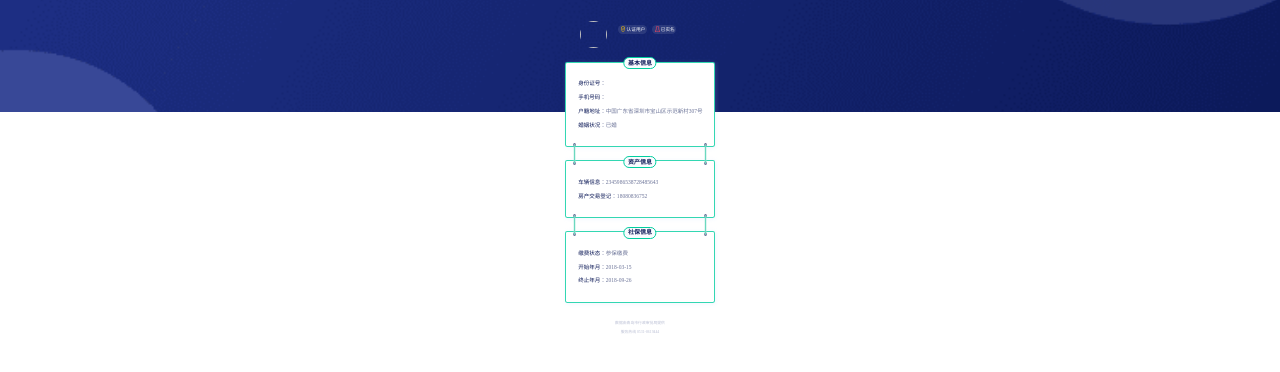
Repository: zlpstart/qingdao-new
Page: /Record
These files come from the project's save history. The page is drawn as it stood at one moment and after the next save; the edit follows.
The browser window is 1280 px wide. The pictures show the whole page.
The page's requests for data from a server got no answer. Some web fonts or font styles are not loaded; a fallback is used. The project was rebuilt for these pictures with package versions that can differ from the ones it lists, and the page was loaded fresh each time. No one was signed in, and anything a server would have sent is missing. Also part of the build but not shown: src/components/MySpace.vue, src/components/Home.vue, src/components/Enterprise.vue, src/components/Opinion.vue, src/components/Opinion2.vue, src/components/Car.vue, src/components/House.vue, src/components/License.vue and 5 more.

Above is the page before, as saved 2019-08-27 10:48:32.

### public/index.html
<!DOCTYPE html>
<html lang="en">
  <head>
    <meta charset="utf-8">
    <meta http-equiv="X-UA-Compatible" content="IE=edge">
    <meta name="viewport" content="width=device-width,initial-scale=1.0">
    <link rel="icon" href="<%= BASE_URL %>favicon.ico">
    <title></title>
  </head>
  <body>
    <noscript>
      <strong>We're sorry but zlp doesn't work properly without JavaScript enabled. Please enable it to continue.</strong>
    </noscript>
    <div id="app"></div>
    <!-- built files will be auto injected -->
  </body>
</html>

### src/main.js
import Vue from 'vue'
import './plugins/axios'
import App from './App.vue'
import 'lib-flexible'
import router from './router'
import axios from 'axios'


//vuex
import vuex from 'vuex'
Vue.use(vuex)



import 'babel-polyfill'
import Es6Promise from 'es6-promise'
import store from './store'
require('es6-promise').polyfill()
Es6Promise.polyfill()

Vue.config.productionTip = false
Vue.prototype.$ajax = axios


// import VueWechatTitle from 'vue-wechat-title'
// Vue.use(VueWechatTitle)


// 根据路由设置标题
router.beforeEach((to, from, next) => {
  /*路由发生改变修改页面的title */
  if(to.meta.title) {
    document.title = to.meta.title
  }
  next();
})


new Vue({
  router,
  store,
  render: h => h(App)
}).$mount('#app')

### src/App.vue
<template>
  <div id="app">
    <router-view></router-view>
  </div>
</template>

<script>
export default {
  data(){
    return {

    }
  },
}
</script>


<style>
* {
  padding: 0;
  margin:0;
}
  @font-face {
    font-family:'avenir';
    src:url('./assets/NotoSansHans-Medium.otf')
  }
  h1,h2,h3,h4,h5,h6,span,b,i,li,p {
    font-family: avenir
  }
</style>

### src/router.js
import Vue from 'vue'
import Router from 'vue-router'
import MySpace from './components/MySpace'
import Home from './components/Home'
import Enterprise from './components/Enterprise'
import Opinion from './components/Opinion'
import Opinion2 from './components/Opinion2'
import Record from './components/Record'
import Car from './components/Car'
import House from './components/House'
import License from './components/License'
import License2 from './components/License2'
import Footprint from './components/Footprint'
import Record2 from './components/Record2'
import Footprint2 from './components/Footprint2'
import NotFound from './components/NotFound'


Vue.use(Router)

export default new Router({
  mode: 'history',
  routes: [
    {
      path: '/',
      name: 'MySpace',
      component:MySpace,
      meta:{title:'青岛政务通'}
    },
    {
      path: '/Home',
      name: 'Home',
      component:Home,
      meta:{title:'导航栏'}
    },
    {
      path: '/Opinion',
      name: 'Opinion',
      component:Opinion,
      meta:{title:'意见反馈'}
    },
    {
      path: '/Enterprise',
      name: 'Enterprise',
      component:Enterprise,
      meta:{title:'企业空间'}
    },
    {
      path: '/Opinion2',
      name: 'Opinion2',
      component:Opinion2,
      meta:{title:'企业意见反馈'}
    },
    {
      path: '/Record',
      name: 'Record',
      component:Record,
      meta:{title:'我的档案'}
    },
    {
      path: '/Car',
      name: 'Car',
      component:Car,
      meta:{title:'车辆登记信息'}
    },
    {
      path: '/House',
      name: 'House',
      component:House,
      meta:{title:'房屋登记信息'}
    },
    {
      path: '/License',
      name: 'License',
      component:License,
      meta:{title:'我的证照'}
    },
    {
      path: '/Footprint',
      name: 'Footprint',
      component:Footprint,
      meta:{title:'我的足迹'}
    },
    {
      path: '/Record2',
      name: 'Record2',
      component:Record2,
      meta:{title:'企业档案'}
    },
    {
      path: '/Footprint2',
      name: 'Footprint2',
      component:Footprint2,
      meta:{title:'企业足迹'}
    },
    {
      path: '/License2',
      name: 'License2',
      component:License2,
      meta:{title:'企业证照'}
    },
    { /* 404必须是最后一个路由 */
      name: '404',
      path: '*',
      meta: {
          title: '找不到页面'
      },
      component: NotFound
  }
  ]
})

### src/store/index.js
import Vue from 'vue'
import Vuex from 'vuex'
import user from './modules/user'

Vue.use(Vuex)

export default new Vuex.Store({
    modules:{
        user
    }
})

### src/components/Record.vue
<template>
    <div>
        <div class="Record">
            <TopBar></TopBar>
            <div class="header">
                <div class="header_wrap">
                    <div class="header_left">
                        <img :src="allUser.imgAddr">
                    </div>
                    <div class="header_right">
                        <div class="header_right_p">
                            <p>{{allUser.realName}}</p>
                        </div>
                        <div class="header_right_span">
                            <span>
                                <img src="../assets/认证.png" alt="">
                                认证用户
                            </span>
                            <span>
                                <img src="../assets/实名.png" alt="">
                                已实名
                            </span>
                        </div>
                    </div>
                </div>
            </div>
            <div class="Record_content_box">
                <div class="legal_content">
                    <div class="legal_title">
                        <h1>基本信息</h1>
                    </div>
                    <ul>
                        <li><b>身份证号：</b>{{allUser.idCode}}</li>
                        <li><b>手机号码：</b>{{allUser.mobile}}</li>
                        <li><b>户籍地址：</b>中国广东省深圳市宝山区示范新村307号</li>
                        <li><b>婚姻状况：</b>已婚</li>
                    </ul>
                </div>
                <div class="legal_content">
                    <div class="decorate">
                        <div class="decorate_left"></div>
                        <div class="decorate_right"></div>
                    </div>
                    <div class="legal_title">
                        <h1>资产信息</h1>
                    </div>
                    <ul>
                        <li><b>车辆信息：</b>2345986538728485643</li>
                        <li><b>房产交易登记：</b>18080836752</li>
                    </ul>
                </div>
                <div class="legal_content">
                    <div class="decorate">
                        <div class="decorate_left"></div>
                        <div class="decorate_right"></div>
                    </div>
                    <div class="legal_title">
                        <h1>社保信息</h1>
                    </div>
                    <ul>
                        <li><b>缴费状态：</b>参保缴费</li>
                        <li><b>开始年月：</b>2018-03-15</li>
                        <li><b>终止年月：</b>2018-09-26</li>
                    </ul>
                </div>
                <div class="kong"></div>
                <div class="bottom">
                    <span></span>
                    <p>数据由青岛市行政审批局提供</p>
                    <span></span>
                    <p>服务热线 0531-8619444</p>
            </div>
            </div>
        </div>
    </div>



</template>

<script>
import TopBar from './TopBar'
import {mapGetters,mapActions} from 'vuex'

export default {
    name:"Record",
    data(){
        return {

        }
    },
    components:{
        TopBar
    },
    methods:{
        to(){
            this.$router.go(0)
        },
        ...mapActions(["getUsers"]),
    },
    created(){
        this.getUsers()
    },
    computed:{
        ...mapGetters(["allUser"]),
    },
}
</script>

<style scoped>
* {
    padding: 0;
    margin: 0;
}
ul {
    list-style: none;
}
a {
    text-decoration: none;
}
body {
    background: #F7FAFF;
}
.logo {
    width: 100%;
    height: 0.3733rem;
    position: absolute;
    top: 1.0133rem;
}
.logo_left p {
    float: left;
}
.logo_left p:nth-child(1){
    margin-left: 0.3867rem;
}
.logo_left p:nth-child(2){
    margin-left: 0.32rem;
}
.logo_left img {
    width: 0.4rem;
    height: 0.4rem;
}
.logo a {
    color: white;
}
.logo_title {
    width: 4.6333rem;
    margin: 0 auto;
    text-align: center;
}
.logo_title p {
    font-size:0.4rem;
    font-weight:500;
    color:rgba(255,255,255,1);
}
.header {
    width: 100%;
    height: 1.7067rem;
    position: absolute;
    top: 1.32rem;
}
.header_wrap {
    width: 7.48rem;
    margin: 0 auto;
    padding: 0 0.72rem;
}
.header_left {
    width:1.7067rem;
    height:1.7067rem;
    float: left;
    border-radius: 1.7067rem;
    overflow: hidden;
}
.header_left img {
    width:1.7067rem;
    height:1.7067rem;
    background-size: 100%;
    overflow: hidden;
}
.header_right {
    width: 2.9rem;
    height:1.3333rem;
    float: left;
    margin-left: 0.64rem;
}
.header_right_p p {
    font-size:0.4267rem;
    font-weight:500;
    color:rgba(255,255,255,1);
}
.header_right_span {
    width: 5.2667rem;
    margin-top: 0.2267rem;
    height: 0.5867rem;
}
.header_right_span img {
    width: 0.2933rem;
    height: 0.3333rem;
    margin-left: 0.0933rem;
}
.header_right_span span {
    padding: 0.0933rem 0.0933rem 0.0933rem 0.0933rem;
    border-radius:0.32rem;
    background:rgba(255,255,255,0.1);
    float: left;
    margin-left: 0.32rem;
    font-size:0.2933rem;
    font-weight:500;
    color:rgba(255,255,255,1);
}
.header_right_span span:nth-child(1){
    margin-left: 0;
}
  .legal_content li b{
    font-size:0.3467rem;
    font-weight:400;
    color:#0B1856;
  }
  .legal_content li {
    font-size:0.3467rem;
    font-weight:400;
    margin-top: 0.3733rem;
    color:rgba(11,24,86,1);
  }
  .legal_content li:nth-child(1){
    margin-top: 0;
  }
  .decorate {
    width: 8.4267rem;
    padding: 0 0.4267rem;
    position: absolute;
    top: -1.16rem;
    left: 0;
  }
  .decorate img {
    width: 100%;
    height: 100%
  }
  .decorate_left {
    width: 0.24rem;
    background: url("../assets/连接.png")no-repeat center center;
    background-size: 100%;
    height: 1.36rem;
    float: left;
  }
  .decorate_right {
    width: 0.24rem;
    background: url("../assets/连接.png")no-repeat center center;
    height: 1.36rem;
    background-size: 100%;
    float: right;
  }
  .legal_content:nth-child(1).decorate{
    display: none;
  }
    .legal_content {
    width:8.5067rem;
    background:rgba(255,255,255,1);
    box-shadow:0.0533rem 0.0533rem 0.2667rem 0rem rgba(173,206,255,0.2);
    border-radius:0.1333rem;
    border:0.0133rem solid rgba(0,206,159,0.8);
    margin: 0 auto;
    margin-top: 0.8267rem;
    position: relative;
    padding: 1.0133rem 0 1.0933rem 0.7733rem;
  }
  .legal_title {
    padding: 0.1033rem 0.2333rem;
    height:0.42rem;
    background:rgba(250,252,255,1);
    border-radius:0.36rem;
    border:0.0267rem solid rgba(0,206,159,1);
    margin: 0 auto;
    line-height: 0.42rem;
    text-align: center;
    position: absolute;
    top: 0.3867rem;
    left: 50%;
    margin-top: -0.36rem;
    transform: translate(-50%, -50%);
  }
  .legal_title h1 {
    font-size:0.3733rem;
    font-family:PingFangSC-Medium;
    color:rgba(11,24,86,1);
  }
  .Record_content_box {
      width: 100%;
      position: absolute;
      top: 3.0267rem;
      left: 50%;
      transform: translate(-50%);
  }
  .kong {
      width: 100%;
      height: 1rem;
  }
  .bottom {
    width: 100%;
    height: 1.3333rem;
    line-height: 0.5667rem;
    text-align: center;
}
.bottom p {
    font-size:0.24rem;
    font-weight:400;
    color:#BABFD4;
}
.legal_content ul li {
    font-size:0.3467rem;
    font-weight:400;
    color:#6C7498;
}
.legal_content ul li b {
    font-size:0.3467rem;
    font-weight:400;
    color:rgba(11,24,86,1);
}
</style>

### src/store/modules/user.js
import axios from 'axios'

const state ={
    user:[],
    code:"",
    boy:require("../../assets/boy.png"),
    gril:require("../../assets/gril.png"),
    corporation:require("../../assets/corporation.png"),
    show:true
}

const getters = {
    allUser: state => state.user,
    userImg: state => state.img,
    boy: state => state.boy,
    gril: state => state.gril,
    show:state => state.show
}

const mutations = {
    // 更改user信息方法
    setUsers:(state,users) => (state.user = users),
    //获取用户code
    getCode:(state) => {
        let URL = window.location.href  // 获取到当前url
        var b = ""      //准备获取code
        if(URL.indexOf("=")>-1){ //判断url里最后一个=的位置 是否大于0
            b = URL.substring(URL.indexOf("=")+1,URL.length-16)  // 如果大于0 则截取URL的=后字符串
            window.localStorage.setItem("code",b)   //将URL的code 存入localStorage
        }
        state.code = window.localStorage.getItem("code")      //获取到localStorage 里的的code 并存入code变量
    },
}

const actions = {
     async getUsers({commit,state}){
        await commit("getCode")
        axios.get("http://120.55.60.206:18082/api/getUserInfo?code="+state.code) //请求接口
        .then(res => {
            console.log("成功请求",res)
            res.data.category = 0
            if(res.data.category == 13){
                state.show = true
                console.log(state.show)
                window.open("/")
                axios.get("http://120.55.60.206:18082/api/getNormalUserDetailInfo?code="+state.code)
                .then(i => {
                    console.log(i.data)
                    if(i.data.imgAddr == ""){       //判断用户是否上传头像
                        if(i.data.gender == 0){     //判断用户是否是男人
                            i.data.imgAddr = state.boy    //把接口数据的空值 改成本地男生图片路径
                            console.log(i.data.imgAddr)
                        }else{                      //判断用户是否是女人
                            i.data.imgAddr = state.gril   //把接口数据的空值 改成本地女生图片路径
                            console.log(i.data.imgAddr)
                        }
                    }
                    commit("setUsers",i.data)
                })
                .catch(j => console.log(j))
            }else {
                state.show = false
                console.log(state.show)
                window.open("/Enterprise")
                axios.get("http://120.55.60.206:18082/api/getNormalUserDetailInfo?code="+state.code)
                .then(a => {
                    console.log(a.data)
                    if(a.data.imgAddr == ""){
                        a.data.imgAddr = state.corporation
                    }
                    commit("setUsers",a.data)
                })
                .catch(b => console.log(b))
            }
            commit("setUsers",res.data)
        })
    }
}

export default {
    state,
    getters,
    mutations,
    actions
}

### src/components/TopBar.vue
<template>
    <div class="TopBar">

    </div>
</template>

<script>
export default {
    name:"TopBar",
    data(){
        return {

        }
    },
    methods:{

    },
}
</script>

<style scoped>
* {
    padding: 0;
    margin: 0;
}
ul {
    list-style: none;
}
a {
    text-decoration: none;
}
body {
    background: #F7FAFF;
}
.TopBar {
    width: 100%;
    height: 7.0267rem;
    background: url("../assets/topbackground.png")no-repeat center center;
    background-size:100%;
}

</style>

Loaded but not shown: src/plugins/axios.js (common file)

After the next save:
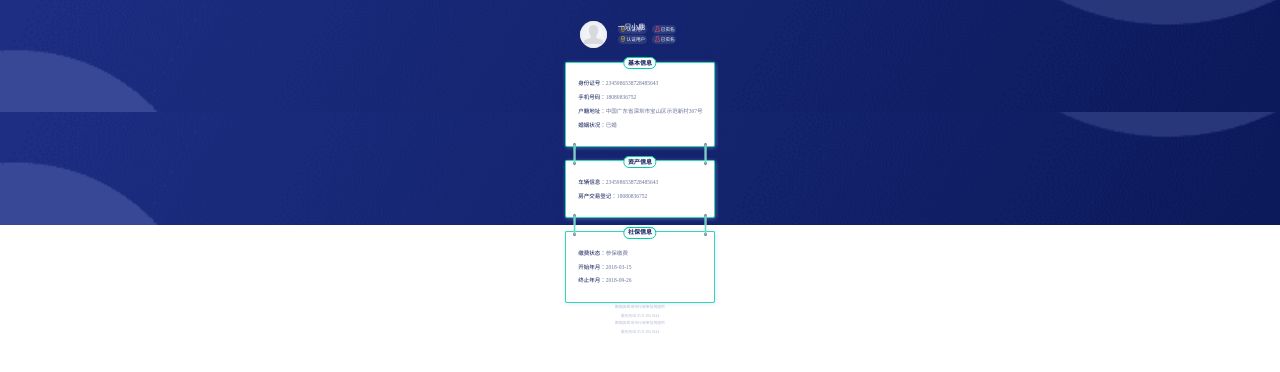
Saved 13 s later.
--- a/src/components/Record.vue
+++ b/src/components/Record.vue
@@ -72,6 +72,78 @@
             </div>
             </div>
         </div>
+
+            <div class="Record2">
+        <TopBar></TopBar>
+        <div class="header">
+            <div class="header_wrap">
+                <div class="header_left">
+                    <img src="../assets/timg.jpg" alt="">
+                </div>
+                <div class="header_right">
+                    <div class="header_right_p">
+                        <p>一只小鹿</p>
+                    </div>
+                    <div class="header_right_span">
+                        <span>
+                            <img src="../assets/认证.png" alt="">
+                            认证用户
+                        </span>
+                        <span>
+                            <img src="../assets/实名.png" alt="">
+                            已实名
+                        </span>
+                    </div>
+                </div>
+            </div>
+        </div>
+        <div class="Record_content_box">
+            <div class="legal_content">
+                <div class="legal_title">
+                <h1>基本信息</h1>
+                </div>
+                <ul>
+                <li><b>身份证号：</b>2345986538728485643</li>
+                <li><b>手机号码：</b>18080836752</li>
+                <li><b>户籍地址：</b>中国广东省深圳市宝山区示范新村307号</li>
+                <li><b>婚姻状况：</b>已婚</li>
+                </ul>
+            </div>
+            <div class="legal_content">
+                <div class="decorate">
+                    <div class="decorate_left"></div>
+                    <div class="decorate_right"></div>
+                </div>
+                <div class="legal_title">
+                    <h1>资产信息</h1>
+                </div>
+                <ul>
+                    <li><b>车辆信息：</b>2345986538728485643</li>
+                    <li><b>房产交易登记：</b>18080836752</li>
+                </ul>
+            </div>
+            <div class="legal_content">
+                <div class="decorate">
+                    <div class="decorate_left"></div>
+                    <div class="decorate_right"></div>
+                </div>
+                <div class="legal_title">
+                    <h1>社保信息</h1>
+                </div>
+                <ul>
+                    <li><b>缴费状态：</b>参保缴费</li>
+                    <li><b>开始年月：</b>2018-03-15</li>
+                    <li><b>终止年月：</b>2018-09-26</li>
+                </ul>
+            </div>
+            <div class="bottom">
+                <span></span>
+                <p>数据由青岛市行政审批局提供</p>
+                <span></span>
+                <p>服务热线 0531-8619444</p>
+        </div>
+        </div>
+    </div>
     </div>
 
 

After the 6 saves that followed:
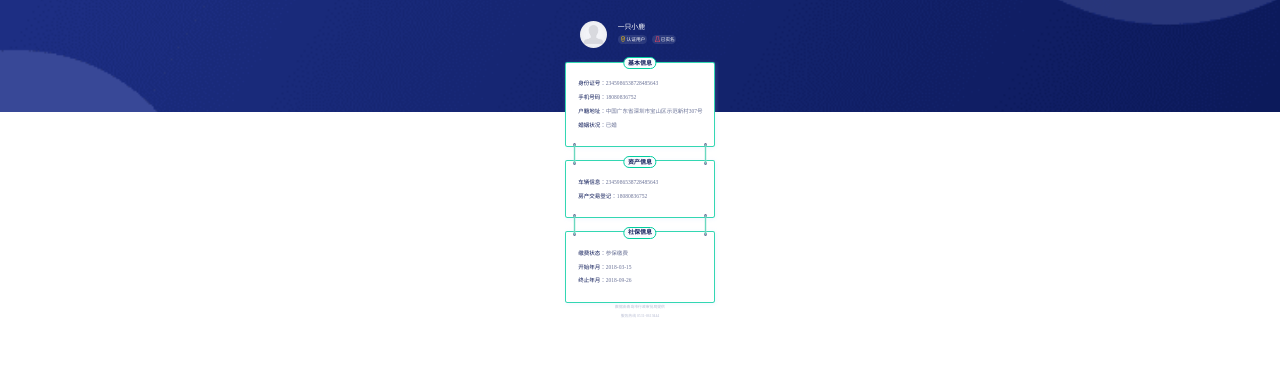
The 6 saves are shown as one change because 4 left the picture as it was and some came seconds apart.
The last was saved 114 s later.
--- a/src/components/Record.vue
+++ b/src/components/Record.vue
@@ -1,6 +1,6 @@
 <template>
     <div>
-        <div class="Record">
+        <div class="Record" v-if="!show">
             <TopBar></TopBar>
             <div class="header">
                 <div class="header_wrap">
@@ -73,77 +73,77 @@
             </div>
         </div>
 
-            <div class="Record2">
-        <TopBar></TopBar>
-        <div class="header">
-            <div class="header_wrap">
-                <div class="header_left">
-                    <img src="../assets/timg.jpg" alt="">
-                </div>
-                <div class="header_right">
-                    <div class="header_right_p">
-                        <p>一只小鹿</p>
-                    </div>
-                    <div class="header_right_span">
-                        <span>
-                            <img src="../assets/认证.png" alt="">
-                            认证用户
-                        </span>
-                        <span>
-                            <img src="../assets/实名.png" alt="">
-                            已实名
-                        </span>
-                    </div>
-                </div>
+        <div class="Record2">
+            <TopBar></TopBar>
+            <div class="header">
+                <div class="header_wrap">
+                    <div class="header_left">
+                        <img src="../assets/timg.jpg" alt="">
+                    </div>
+                    <div class="header_right">
+                        <div class="header_right_p">
+                            <p>一只小鹿</p>
+                        </div>
+                        <div class="header_right_span">
+                            <span>
+                                <img src="../assets/认证.png" alt="">
+                                认证用户
+                            </span>
+                            <span>
+                                <img src="../assets/实名.png" alt="">
+                                已实名
+                            </span>
+                        </div>
+                    </div>
+                </div>
+            </div>
+            <div class="Record_content_box">
+                <div class="legal_content">
+                    <div class="legal_title">
+                    <h1>基本信息</h1>
+                    </div>
+                    <ul>
+                    <li><b>身份证号：</b>2345986538728485643</li>
+                    <li><b>手机号码：</b>18080836752</li>
+                    <li><b>户籍地址：</b>中国广东省深圳市宝山区示范新村307号</li>
+                    <li><b>婚姻状况：</b>已婚</li>
+                    </ul>
+                </div>
+                <div class="legal_content">
+                    <div class="decorate">
+                        <div class="decorate_left"></div>
+                        <div class="decorate_right"></div>
+                    </div>
+                    <div class="legal_title">
+                        <h1>资产信息</h1>
+                    </div>
+                    <ul>
+                        <li><b>车辆信息：</b>2345986538728485643</li>
+                        <li><b>房产交易登记：</b>18080836752</li>
+                    </ul>
+                </div>
+                <div class="legal_content">
+                    <div class="decorate">
+                        <div class="decorate_left"></div>
+                        <div class="decorate_right"></div>
+                    </div>
+                    <div class="legal_title">
+                        <h1>社保信息</h1>
+                    </div>
+                    <ul>
+                        <li><b>缴费状态：</b>参保缴费</li>
+                        <li><b>开始年月：</b>2018-03-15</li>
+                        <li><b>终止年月：</b>2018-09-26</li>
+                    </ul>
+                </div>
+                <div class="bottom">
+                    <span></span>
+                    <p>数据由青岛市行政审批局提供</p>
+                    <span></span>
+                    <p>服务热线 0531-8619444</p>
+            </div>
             </div>
         </div>
-        <div class="Record_content_box">
-            <div class="legal_content">
-                <div class="legal_title">
-                <h1>基本信息</h1>
-                </div>
-                <ul>
-                <li><b>身份证号：</b>2345986538728485643</li>
-                <li><b>手机号码：</b>18080836752</li>
-                <li><b>户籍地址：</b>中国广东省深圳市宝山区示范新村307号</li>
-                <li><b>婚姻状况：</b>已婚</li>
-                </ul>
-            </div>
-            <div class="legal_content">
-                <div class="decorate">
-                    <div class="decorate_left"></div>
-                    <div class="decorate_right"></div>
-                </div>
-                <div class="legal_title">
-                    <h1>资产信息</h1>
-                </div>
-                <ul>
-                    <li><b>车辆信息：</b>2345986538728485643</li>
-                    <li><b>房产交易登记：</b>18080836752</li>
-                </ul>
-            </div>
-            <div class="legal_content">
-                <div class="decorate">
-                    <div class="decorate_left"></div>
-                    <div class="decorate_right"></div>
-                </div>
-                <div class="legal_title">
-                    <h1>社保信息</h1>
-                </div>
-                <ul>
-                    <li><b>缴费状态：</b>参保缴费</li>
-                    <li><b>开始年月：</b>2018-03-15</li>
-                    <li><b>终止年月：</b>2018-09-26</li>
-                </ul>
-            </div>
-            <div class="bottom">
-                <span></span>
-                <p>数据由青岛市行政审批局提供</p>
-                <span></span>
-                <p>服务热线 0531-8619444</p>
-        </div>
-        </div>
-    </div>
     </div>
 
 
@@ -174,7 +174,7 @@
         this.getUsers()
     },
     computed:{
-        ...mapGetters(["allUser"]),
+        ...mapGetters(["allUser","show"]),
     },
 }
 </script>
